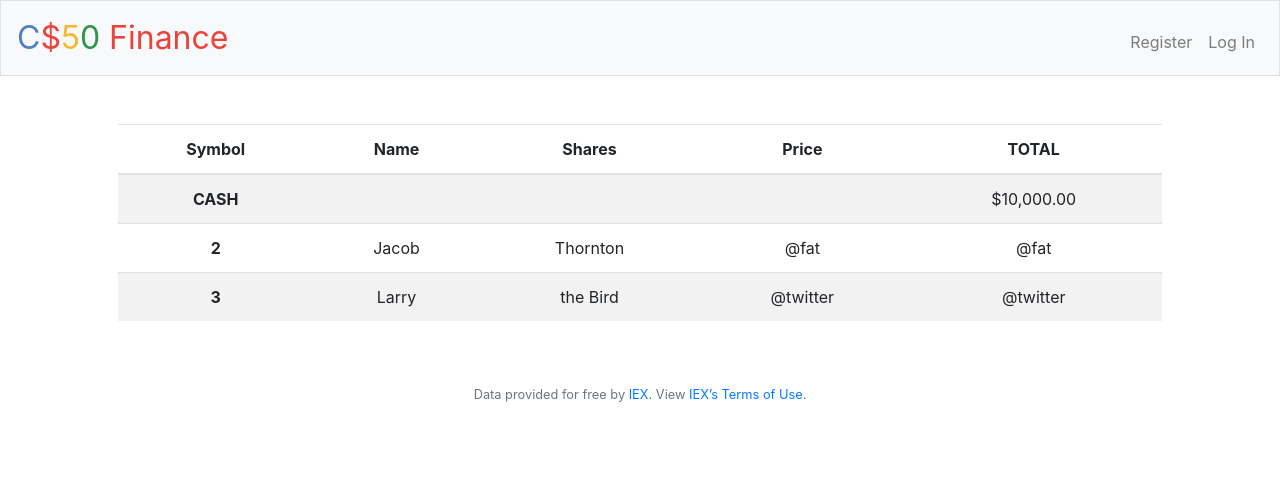
Repository: tavrora/cs50_ide
Page: pset8/finance/templates/apology.html
The author's editor kept a record of every edit. The page is drawn from the files as they stood at one moment, then again after the next edit.
The browser window is 1280 px wide. The pictures show the whole page.
The template is drawn by Flask 3. The application's start-up code is not run. The template is opened directly, without the code that normally fills it, so the values that code supplies are empty.

Above is the page before.

After the next edit:
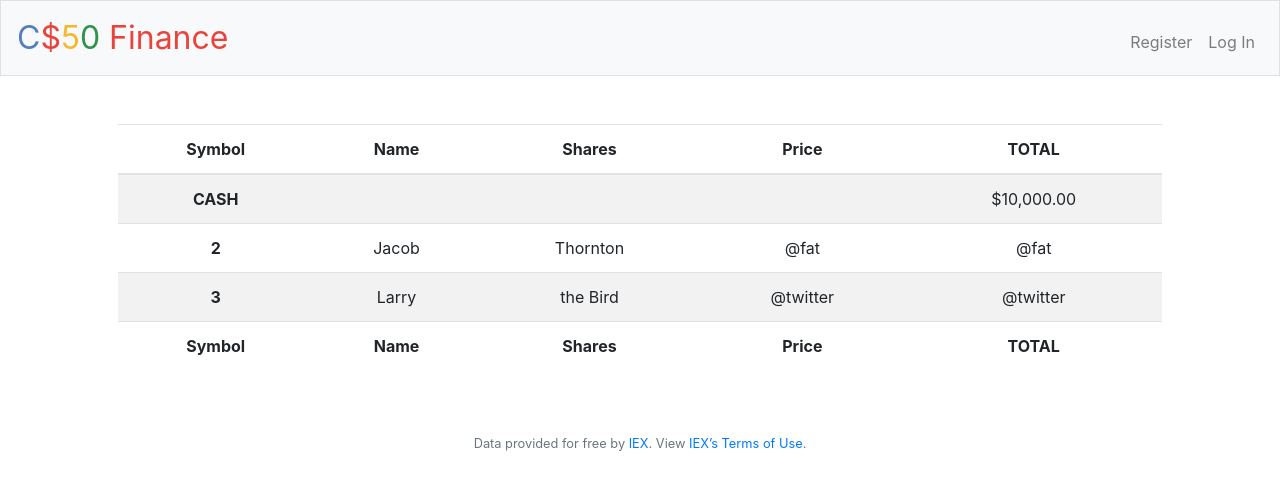
The edit:
--- a/pset8/finance/templates/apology.html
+++ b/pset8/finance/templates/apology.html
@@ -9,6 +9,15 @@
 
     <table class="table table-striped">
         <thead>
+            <tr>
+                <th scope="col">Symbol</th>
+                <th scope="col">Name</th>
+                <th scope="col">Shares</th>
+                <th scope="col">Price</th>
+                <th scope="col">TOTAL</th>
+            </tr>
+        </thead>
+        <tfoot>
             <tr>
                 <th scope="col">Symbol</th>
                 <th scope="col">Name</th>
